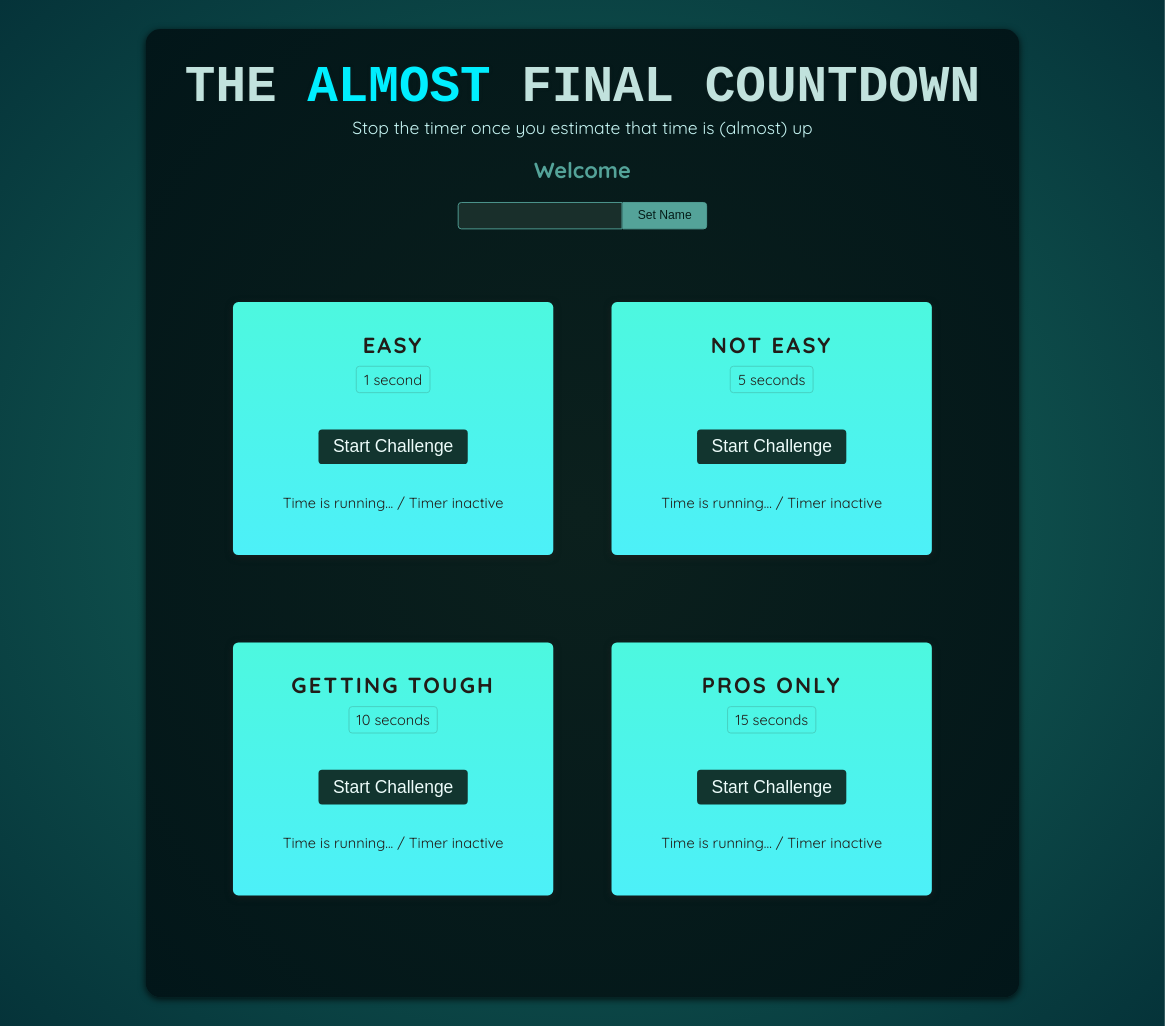
Repository: H-ala/react-near-end
Page: /
An editor plug-in stored every save of this project. The page is shown before and after the next save, followed by the edit.
The browser window is 1280 px wide. The pictures show the whole page, at 91% of full size.
Some web fonts or font styles are not loaded; a fallback is used. The project was rebuilt for these pictures with package versions that can differ from the ones it lists, and the page was loaded fresh each time. Also part of the build but not shown: vite.config.js.

Above is the page before, as saved 2025-09-26 16:05:32.

After the next save:
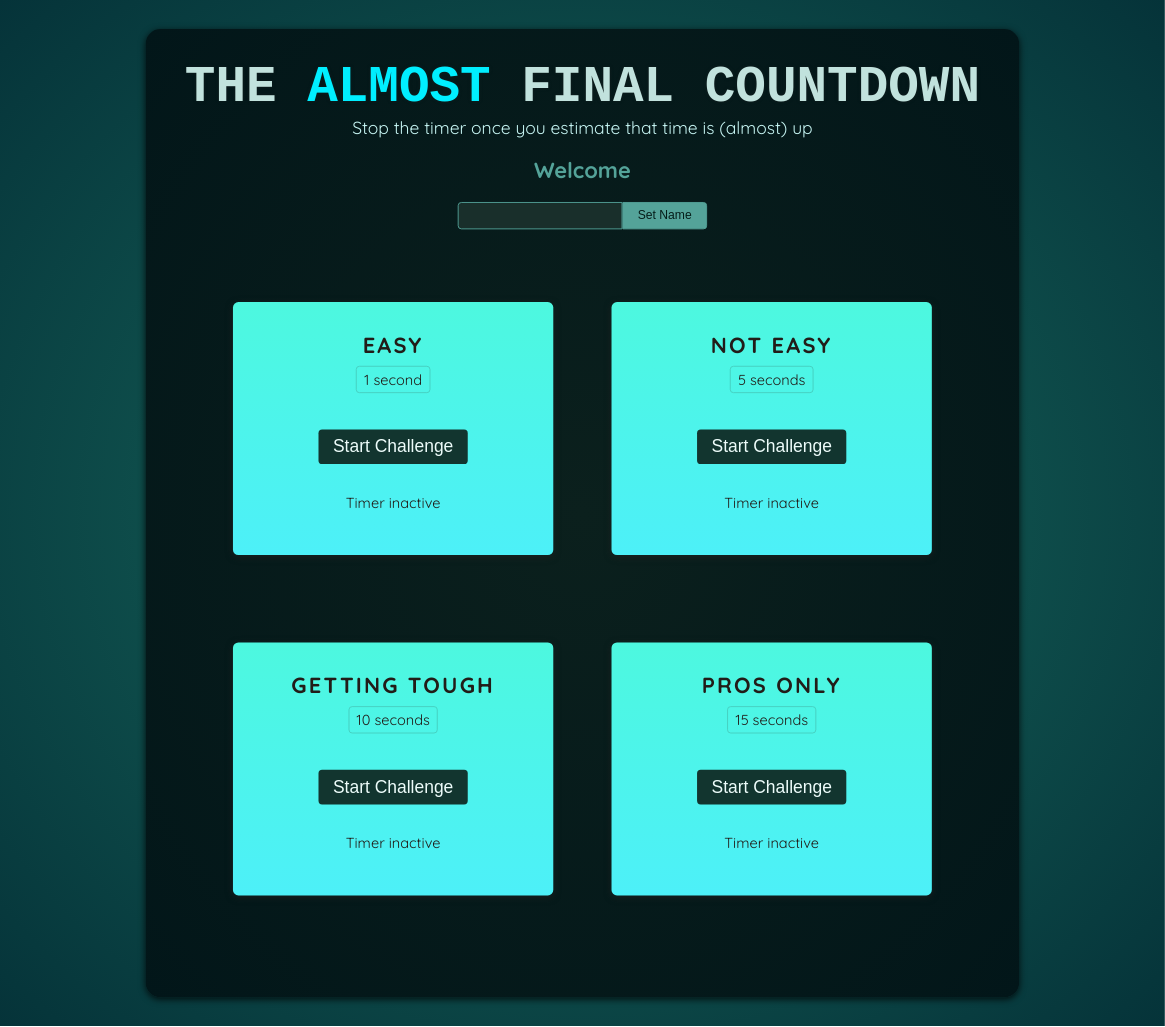
Saved 35 s later.
--- a/src/components/TimerChallenge.jsx
+++ b/src/components/TimerChallenge.jsx
@@ -25,7 +25,7 @@ export default function TimerChallenge({ title, targetTime }) {
         </button>
       </p>
       <p className={timerStarted ? "active" : undefined}>
-        Time is running... / Timer inactive
+        {timerStarted ? "Time is running..." : "Timer inactive"}
       </p>
     </section>
   );
